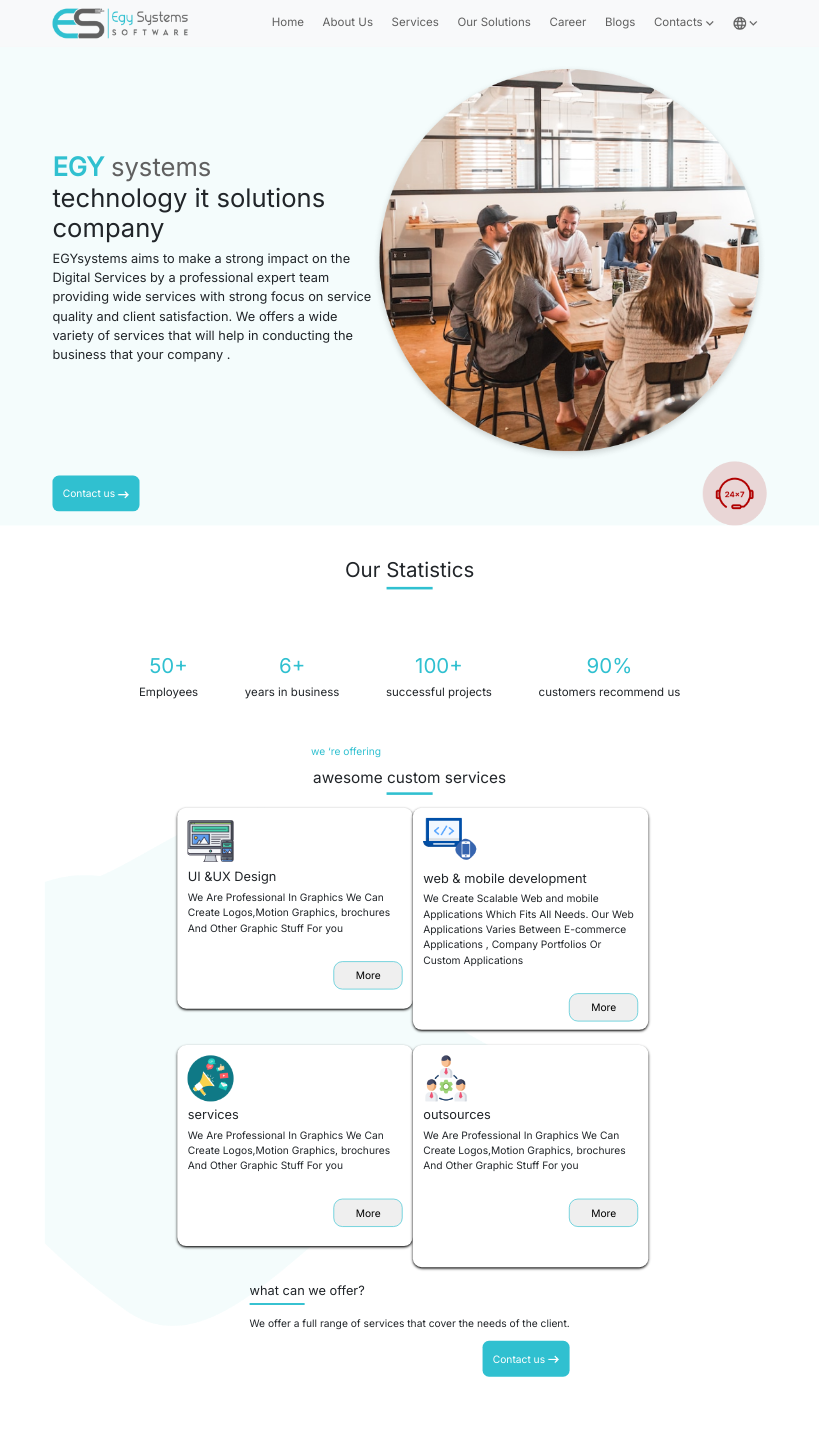
Repository: hamdyAbdelazeim/Egysystem-Home
Page: index.html
These files come from the project's save history. The page is drawn as it stood at one moment and after the next save; the edit follows.
The browser window is 1280 px wide. The pictures show the whole page, at 64% of full size.

Above is the page before, as saved 2023-07-13 10:54:27.

After the next save:
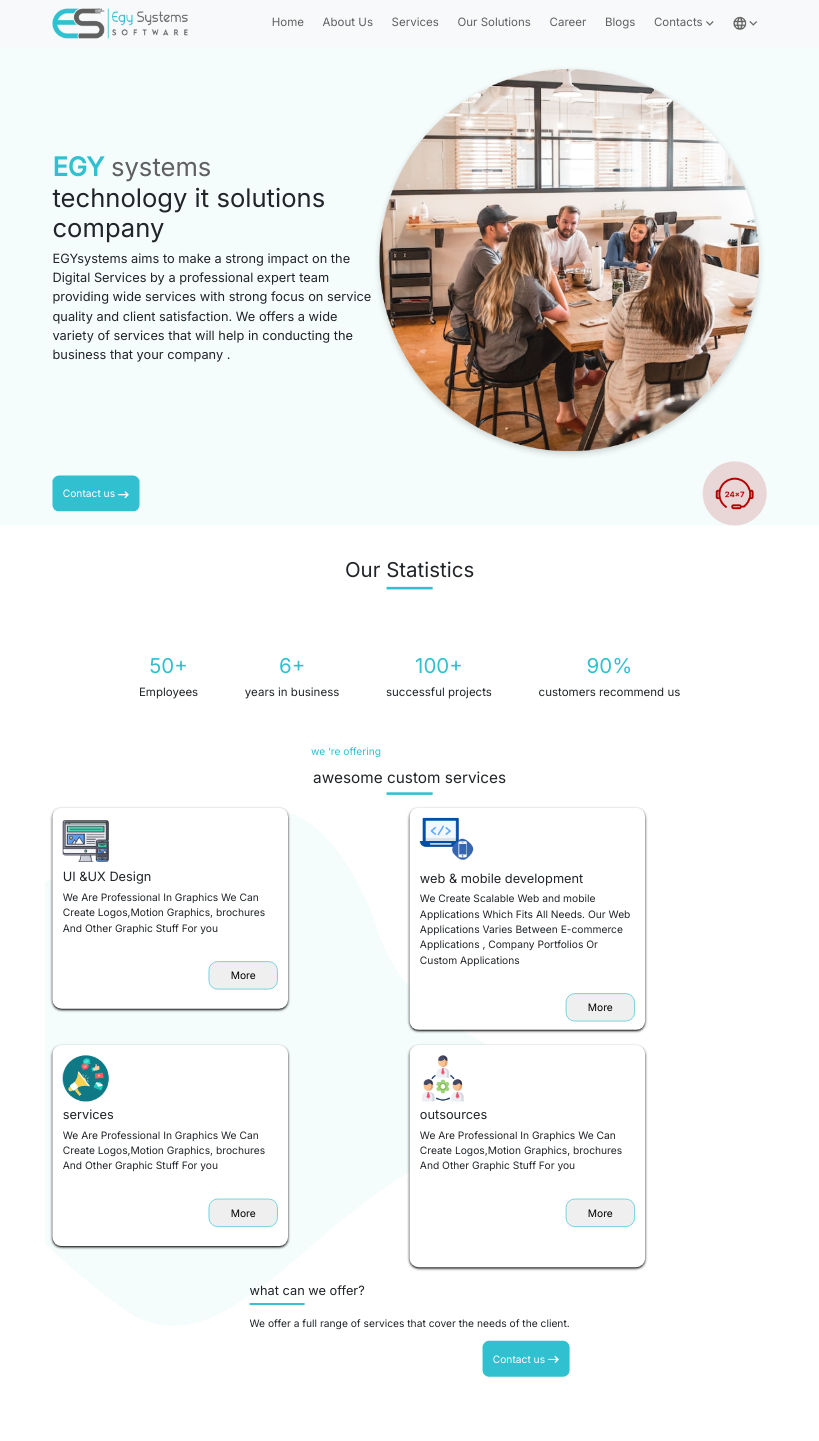
Saved 33 s later.
--- a/css/responsive.css
+++ b/css/responsive.css
@@ -3,7 +3,7 @@
     flex-direction: column;
   }
   .service-down-left {
-    width: 100%;
+    width: 100% !important;
   }
 }
 @media only screen and (max-width: 1025px) {
